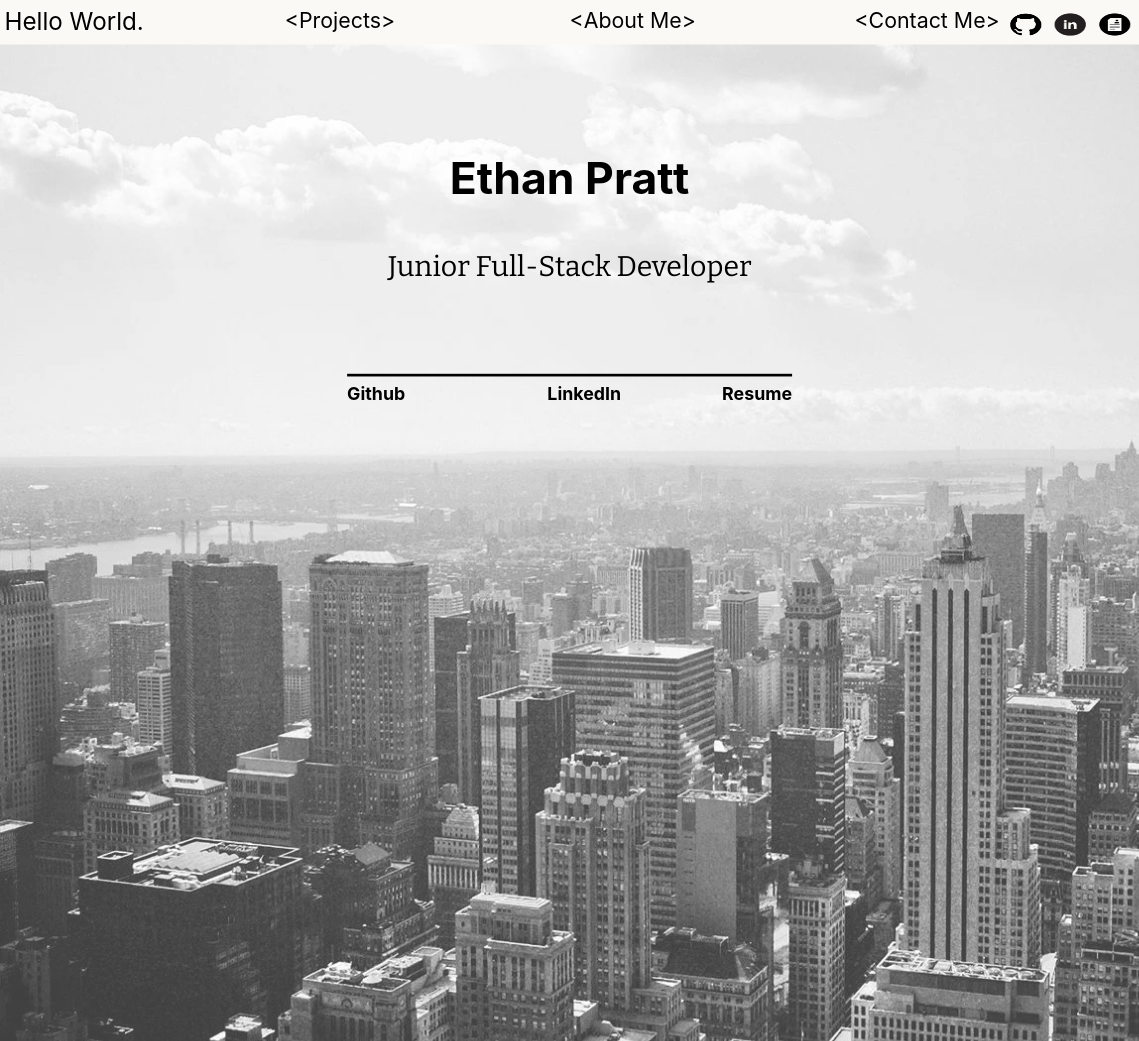
Repository: ghend99/website_ethan_pratt
Page: /
An editor plug-in stored every save of this project. The page is shown before and after the next save, followed by the edit.
The browser window is 1280 px wide. The pictures show the whole page, at 89% of full size.
The project was rebuilt for these pictures with package versions that can differ from the ones it lists, and the page was loaded fresh each time. Also part of the build but not shown: src/pages/about.js, src/pages/project.js, src/css/contact.css, src/pages/contact.js.

Above is the page before, as saved 2023-05-30 10:51:35.

After the next save:
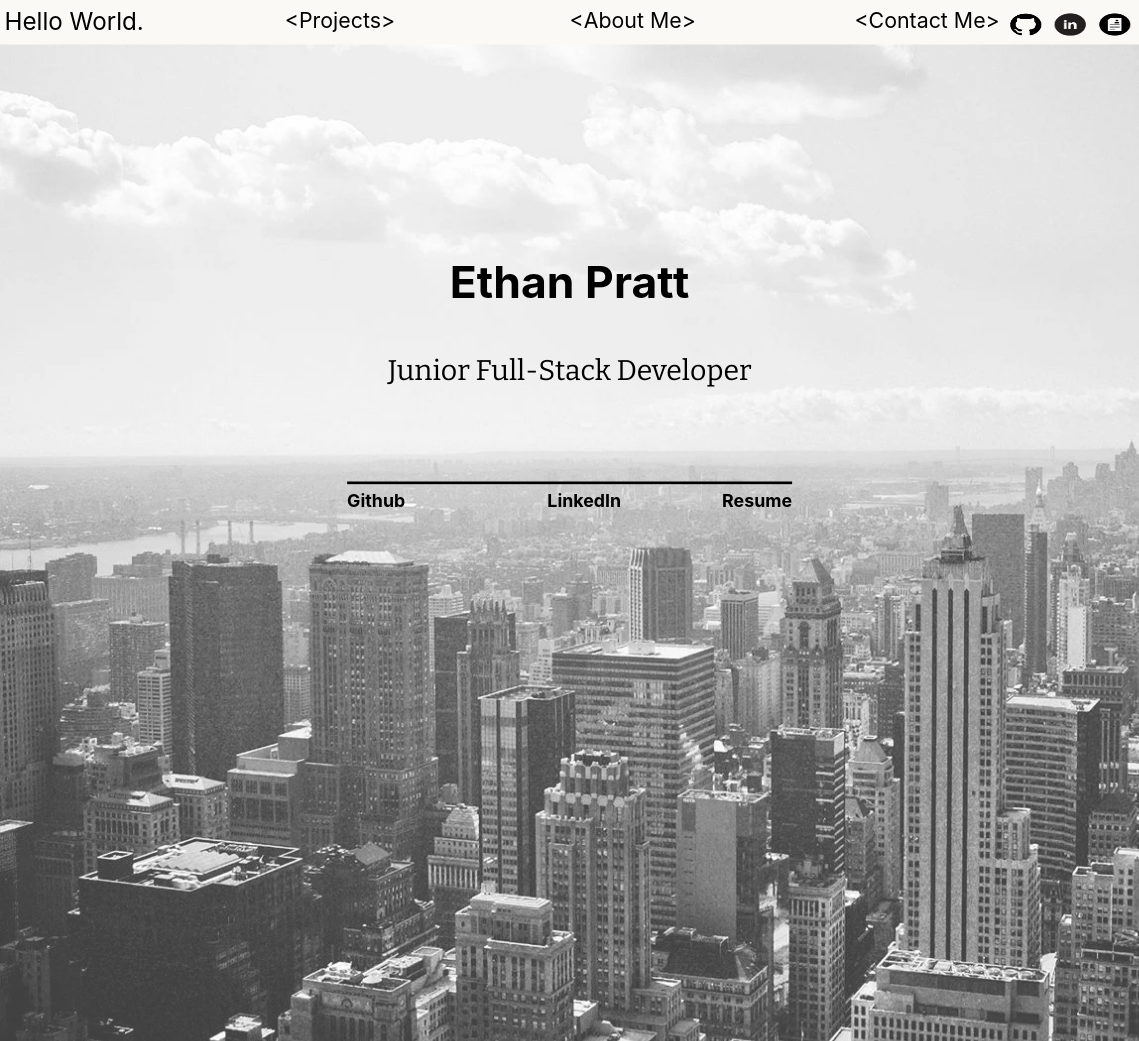
Saved 8 s later.
--- a/src/css/header.css
+++ b/src/css/header.css
@@ -126,7 +126,7 @@
 
 @media screen and (min-width: 0) and (max-width: 1442px) {
   .bg {
-    min-height: 900px;
+    height: 900px;
   }
 }
 

After the save that followed:
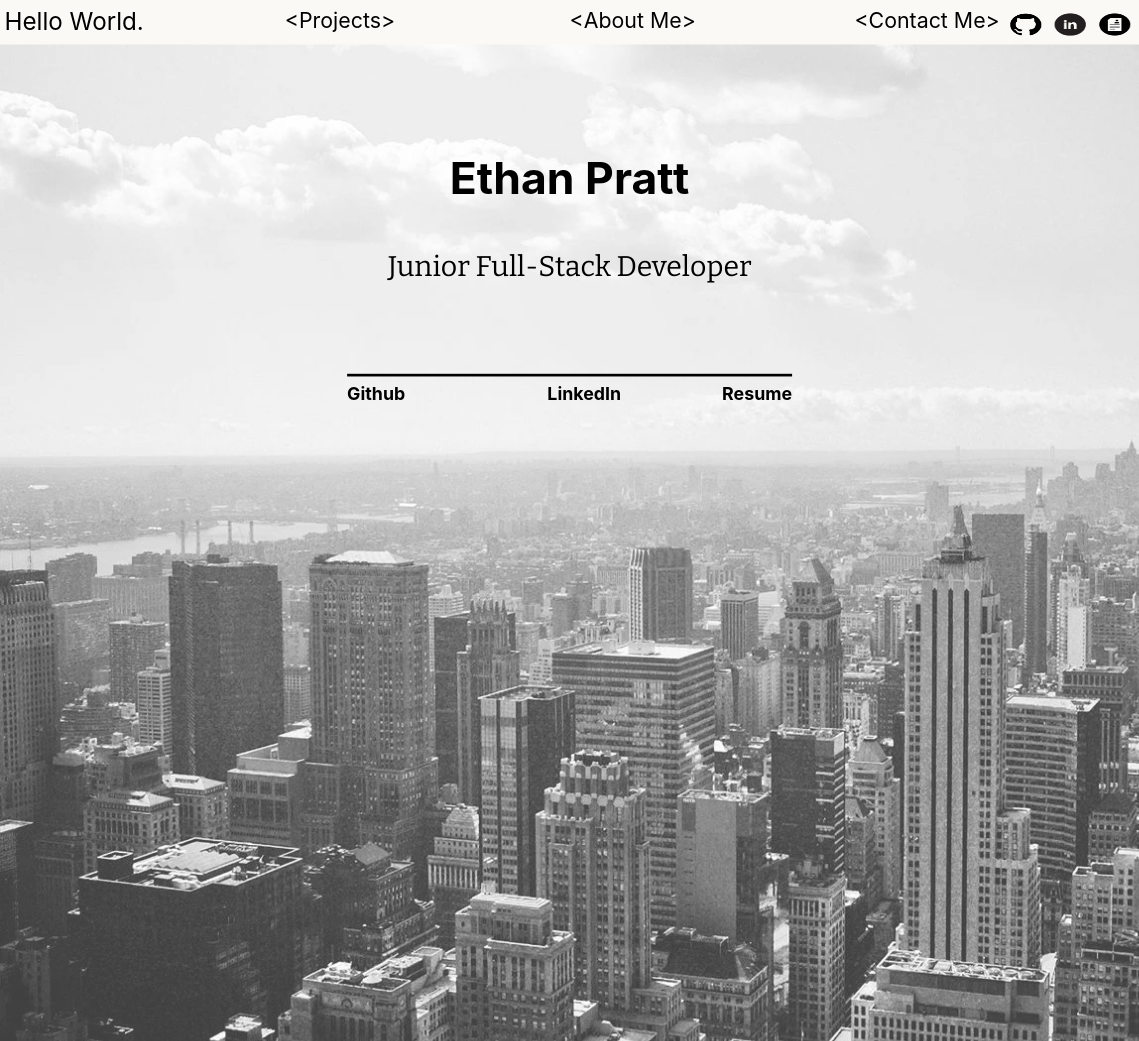
Saved 43 s later.
--- a/src/css/header.css
+++ b/src/css/header.css
@@ -126,7 +126,7 @@
 
 @media screen and (min-width: 0) and (max-width: 1442px) {
   .bg {
-    height: 900px;
+    min-height: 900px;
   }
 }
 
